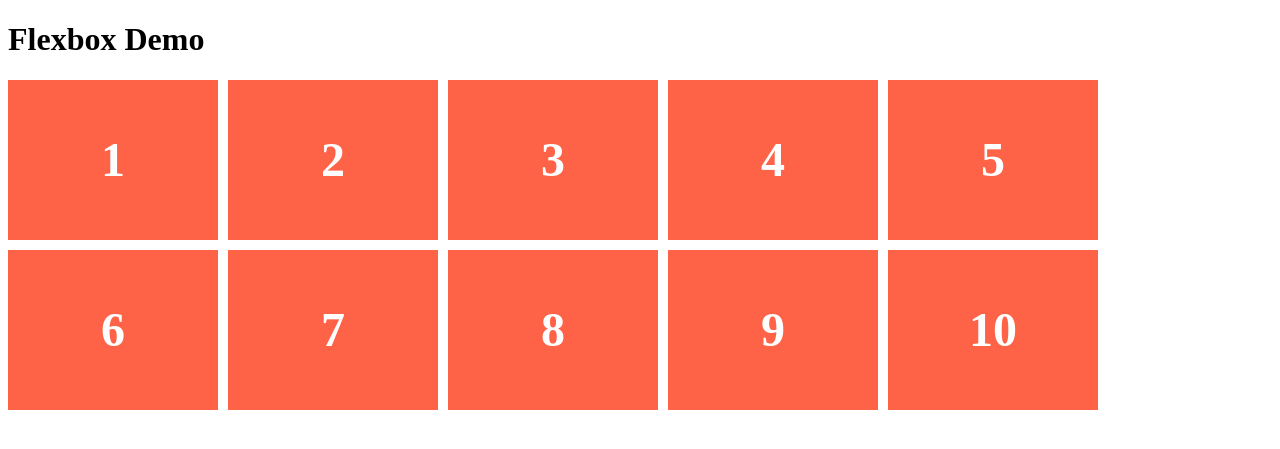
Repository: aniatot/CSS_KT
Page: 6 Flexbox Demo Project/index2.html
The author's editor kept a copy of each file at every save. The page is drawn from the files as they stood at one save, then again after the next save.
The browser window is 1280 px wide. The pictures show the whole page.
Some web fonts or font styles are not loaded; a fallback is used.

Above is the page before, as saved 2023-10-19 02:15:16.

After the next save:
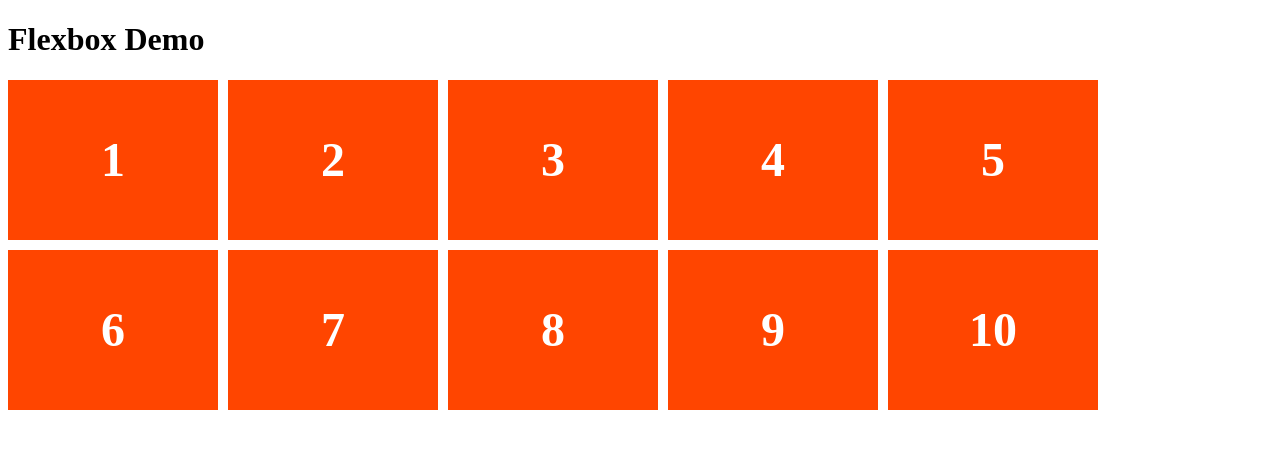
Saved 53 s later.
--- a/6 Flexbox Demo Project/index2.html
+++ b/6 Flexbox Demo Project/index2.html
@@ -22,7 +22,7 @@
 }
 
 .flex-item {
-  background: tomato;
+  background: orangered;
   padding: 5px;
   width: 200px;
   height: 150px;
